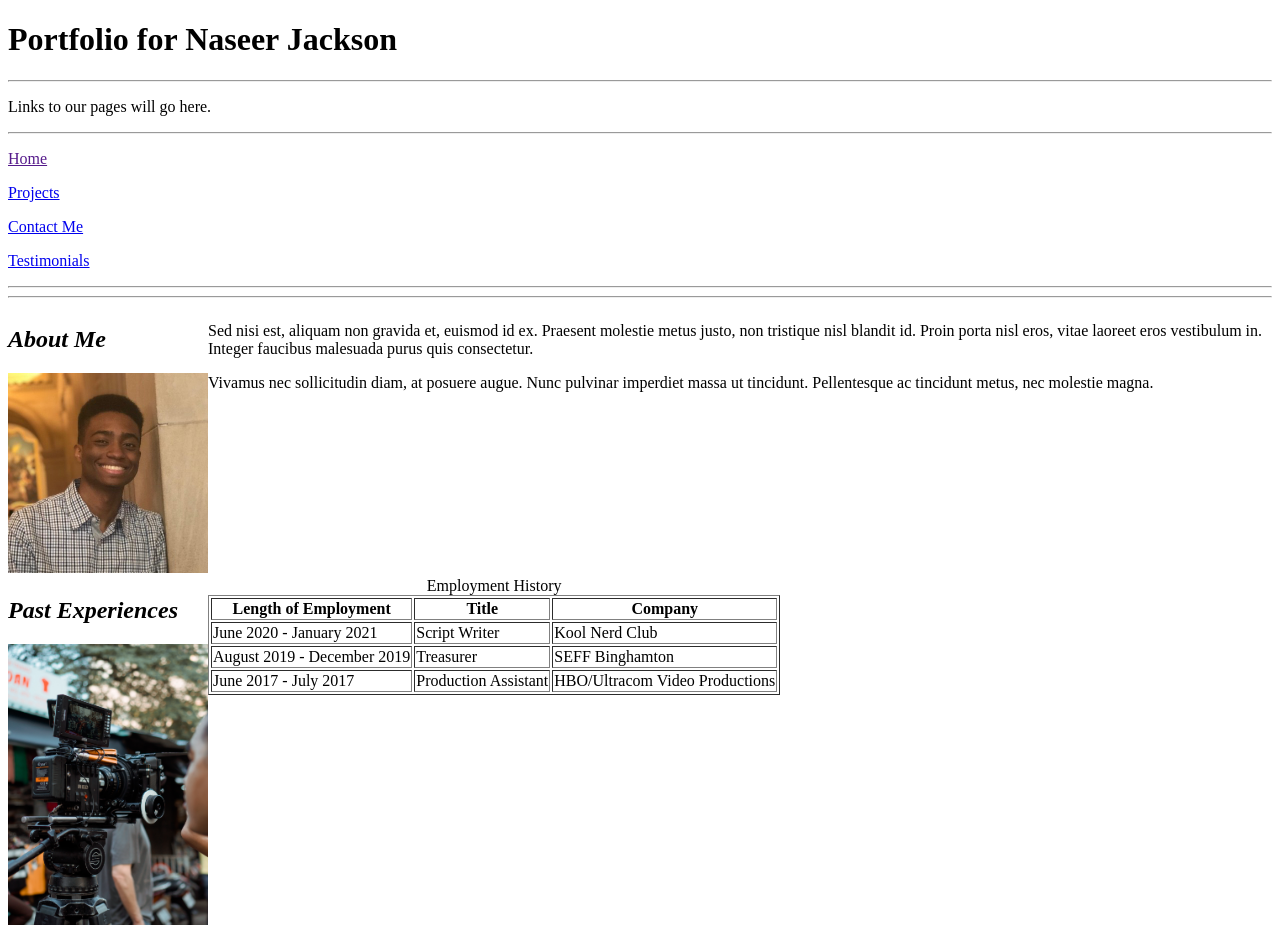
Repository: nj10deadend/Mthree-Intro-to-WebDev
Page: classwork/portfolio/index.html
An editor plug-in stored every save of this project. The page is shown before and after the next save, followed by the edit.
The browser window is 1280 px wide. The pictures show the part of the page from y = 0 to 925 px (the page is 1353 px tall before and 1878 px after).
A picture or video elsewhere on the page could not be fetched, so the positions and the page height are approximate.

Above is the page before, as saved 2021-12-01 10:36:29.

### classwork/portfolio/index.html
<!DOCTYPE html>

<!--
    Name: Naseer Jackson
    Date Created: 11/30/2021
    Most recent revision:
-->
<html lang="en">
<head>
    <meta charset="UTF-8">
    <meta http-equiv="X-UA-Compatible" content="IE=edge">
    <meta name="viewport" content="width=device-width, initial-scale=1.0">
    <link rel="stylesheet" href="styles/styles.css">
    <title>Naseer's Portfolio</title>
</head>
<body>

    <header>

        <h1>Portfolio for Naseer Jackson</h1>

    </header>

    <hr>
        <!-- We need to add links to projects.html, contact.html, and testimonials.html -->
    <p>Links to our pages will go here.</p>

    <!-- <nav>
        Projects
        Contact Me
        Testimonials
    </nav> -->

    <nav> <!-- The nav element will include navigation buttons or links -->
        <hr>
        <p><a href="">Home</a></p>
        <p><a href="projects.html">Projects</a></p>
        <p><a href="contact.html">Contact Me</a></p>
        <p><a href="testimonials.html">Testimonials</a></p>
        <hr>
    </nav>
    <hr>

    <section>
        <article id="about-me">

            <div>

                <h2><em>About Me</em></h2>
                <img class="images" src="images/Profile pic.jpg" alt="Profile pic"/>
            </div>

            <div>
                <p>Sed nisi est, aliquam non gravida et, euismod id ex. Praesent molestie metus justo, non tristique nisl blandit id. Proin porta nisl eros, vitae laoreet eros vestibulum in. Integer faucibus malesuada purus quis consectetur.</p>
                <p>Vivamus nec sollicitudin diam, at posuere augue. Nunc pulvinar imperdiet massa ut tincidunt. Pellentesque ac tincidunt metus, nec molestie magna.</p>

            </div>


        </article>

        <article id="past-experiences">

            <div>
                <h2><em>Past Experiences</em></h2>
                <img class="images" src="images/film set.jpg" alt="Film set"/>

            </div>

            <div>

                <table border="1">
                    <caption>Employment History</caption>
                    <tr>
                        <th>Length of Employment</th>
                        <th>Title</th>
                        <th>Company</th>
                    </tr>

                    <tr>
                        <td>June 2020 - January 2021</td>
                        <td>Script Writer</td>
                        <td>Kool Nerd Club</td>

                    </tr>

                    <tr>
                        <td>August 2019 - December 2019</td>
                        <td>Treasurer</td>
                        <td>SEFF Binghamton</td>
                    </tr>

                    <tr>
                        <td>June 2017 - July 2017</td>
                        <td>Production Assistant</td>
                        <td>HBO/Ultracom Video Productions</td>
                    </tr>

                </table>

                <!-- <p>Pellentesque venenatis ligula vel sem porttitor vehicula. Fusce lectus nibh, sollicitudin ac turpis id, aliquet sodales tellus. Vivamus scelerisque varius augue, a consequat dui efficitur sodales. Maecenas sed leo varius, fringilla magna in, semper est. Aliquam non elit quis nisi ornare volutpat sed id felis.</p>
                <p>Aliquam semper urna in neque imperdiet, vel interdum sapien luctus. Morbi neque purus, volutpat eu odio at, varius malesuada purus. Sed nec auctor sem.</p> -->
            </div>



        </article>

        <article id="Hobbies">

            <div>
                <h2><em>Hobbies</em></h2>
                <img class="images" src="https://static.kvraudio.com/i/b/flstudio20_produceredition_windows.jpg" alt="FL Studio"/>

            </div>

            <div>

                <ul style="list-style-type: circle;">
                    <li>Making Music</li>
                    <li>Writing</li>
                    <li>Watching movies/tv shows</li>
                    <li>My favorite movies/shows are:</li>
                        <ul style="list-style-type: square;">
                            <li>City of God</li>
                            <li>Shawshank Redemption</li>
                            <li>Bladerunner 2049</li>
                            <li>Fargo season 1</li>
                            <li>True Detective s1</li>
                            <li>The Leftovers</li>
                            <li>Better Call Saul</li>
                        </ul>
                    <li>Videogames</li>
                        <ol>
                            <li>Kingdom Hearts 2</li>
                            <li>Bloodborne</li>
                            <li>Sekiro</li>
                            <li>Portal 2</li>
                            <li>League of Legends</li>
                        </ol>
                </ul>

                <!-- <p>Proin posuere feugiat odio, in euismod enim scelerisque sit amet. Sed non volutpat nunc. Suspendisse potenti. Aenean ut diam scelerisque justo tempus fermentum. Quisque porta leo non laoreet ullamcorper. Sed dapibus urna sit amet arcu commodo gravida. Morbi dictum libero dui. </p>
                <p>Fusce dignissim felis ultricies purus lobortis, non tristique urna ultrices. Curabitur ligula metus, mollis volutpat imperdiet eget, euismod ut purus. Lorem ipsum dolor sit amet, consectetur adipiscing elit. Sed finibus posuere sapien, id elementum ex mollis non.</p> -->
            </div>



        </article>

        <hr>

    </section>

    <footer>
        <hr>
        <p>&copy; 2020 Naseer Jackson. All rights reserved.</p>
    </footer>


</body>
</html>

### classwork/portfolio/styles/styles.css
article {
    position: relative;
    display: flex;
}

.images {
    /* max-width: 50%; */
    width: 200px;
    height: auto;
}

After the next save:
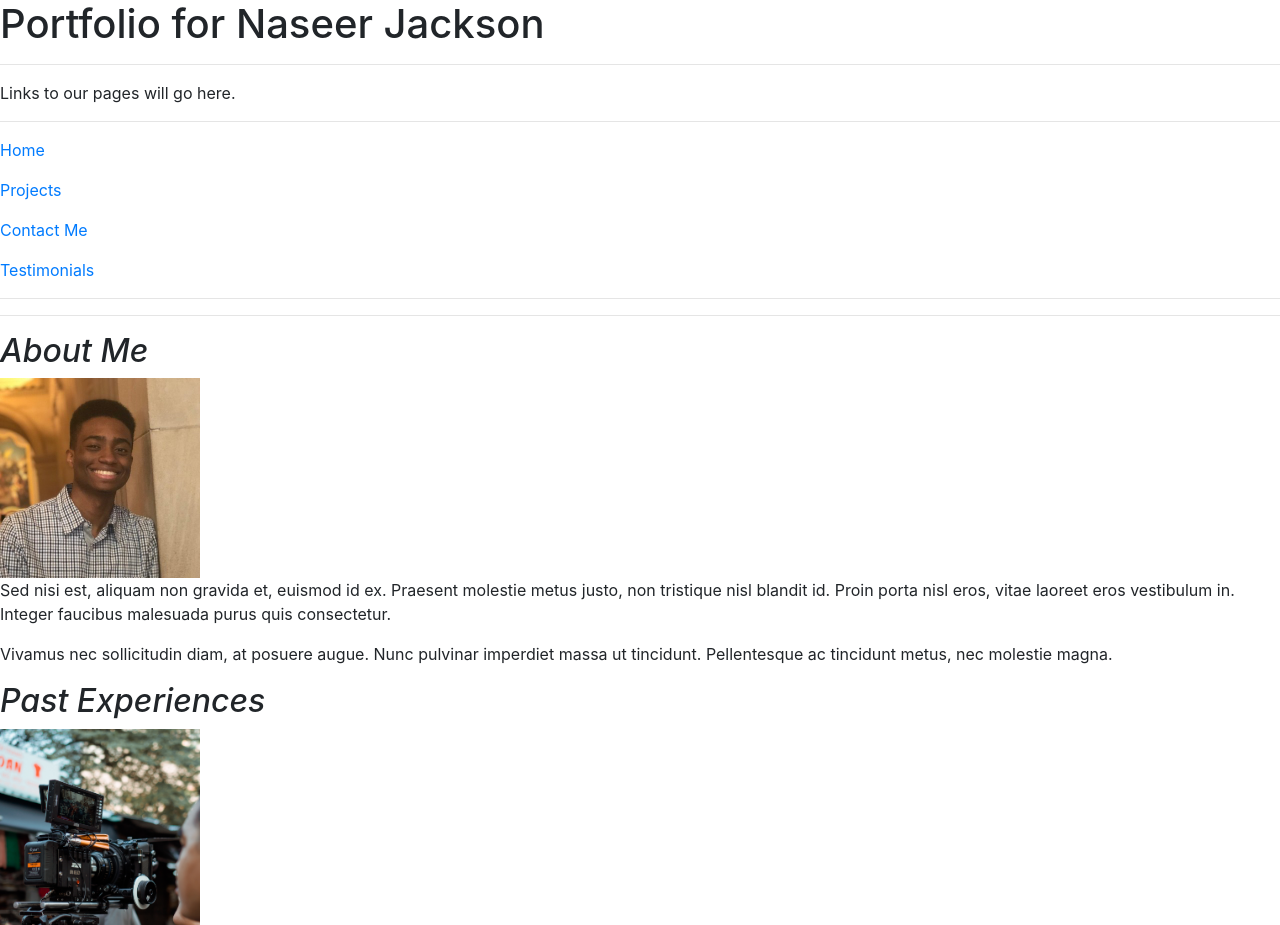
Saved 2 h 45 min later.
--- a/classwork/portfolio/index.html
+++ b/classwork/portfolio/index.html
@@ -12,6 +12,9 @@
     <meta name="viewport" content="width=device-width, initial-scale=1.0">
     <link rel="stylesheet" href="styles/styles.css">
     <title>Naseer's Portfolio</title>
+    <link rel="stylesheet" href="https://stackpath.bootstrapcdn.com/bootstrap/4.1.3/css/bootstrap.min.css"
+    integrity="sha384-MCw98/SFnGE8fJT3GXwEOngsV7Zt27NXFoaoApmYm81iuXoPkFOJwJ8ERdknLPMO" crossorigin="anonymous"
+    >
 </head>
 <body>
 
